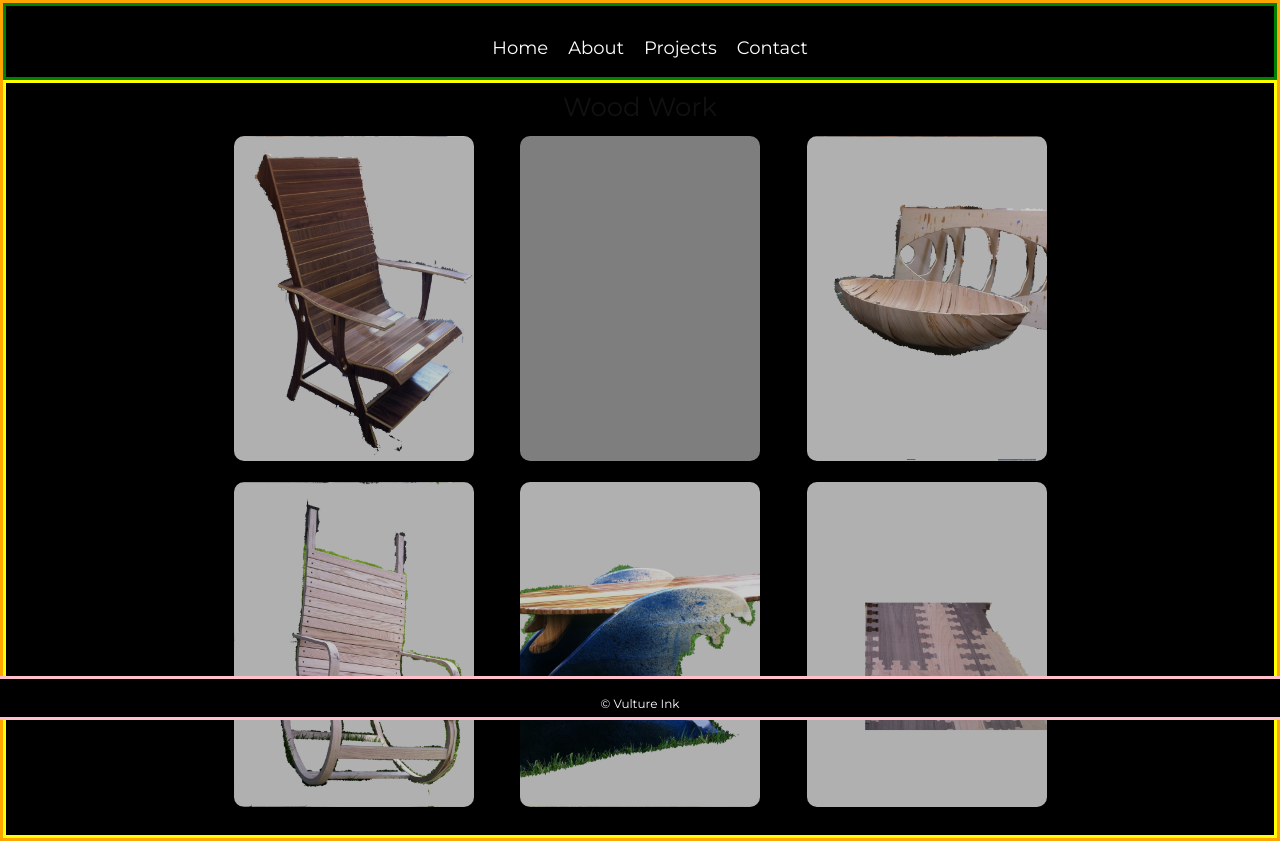
Repository: kaitlynMidori/anon_ink
Page: pages/Projects.html
The author's editor kept a copy of each file at every save. The page is drawn from the files as they stood at one save, then again after the next save.
The browser window is 1280 px wide. The pictures show the whole page.
Pictures or frames that could not be fetched are drawn as grey boxes. Some web libraries are served in a nearby version.

Above is the page before, as saved 2021-09-08 18:03:43.

### pages/Projects.html
<!DOCTYPE html>
<html lang= "en">
  <head>
    <meta charset="utf-8">
    <meta name="viewport" content="width=device-width, initial-scale=1.0">
    <title>Projects</title>
    <link href="https://cdnjs.cloudflare.com/ajax/libs/normalize/8.0.1/normalize.min.css" rel="stylesheet" type="text/css" />
    <link href="https://fonts.googleapis.com/css2?family=Montserrat&display=swap" rel="stylesheet">
    <link rel="preconnect" href="https://fonts.gstatic.com">
    <link href="https://fonts.googleapis.com/css2?family=Didact+Gothic&display=swap" rel="stylesheet">
    <link href="../style.css" rel="stylesheet" type="text/css" />
  </head>

<body>
  <header>
    <!-- <div class="logo">ANONYMOUS INK</div> -->
    <nav>
      <ul id="menu">
        <li><a href="/index.html">Home</a></li>
        <li><a href="/Pages/About.html">About</a></li>
        <li><a href="/Pages/Projects.html">Projects</a></li>
        <!-- <li><a href="/Pages/Resume.html">Resume</a></li> -->
        <li><a href="/Pages/Contact.html">Contact</a></li>
      </ul>
    </nav>
  </header>

  <main>
        <!-- Projetcs -->
  <section>
    <h2>Wood Work</h2>
      <div class="card-container">
        <div class="row-one">
          <div class="card">
            <div class="card-inner">
            <div class="card-one-front">
            <a href="/pages/walnutVaneerChair.html" class="card-font" id="card1"><h1>Walnut Vaneer Chair</h1><p>Click for project info, process docs, etc..</p></a>
          </div>
        </div>
      </div>
      <div class="card">
        <div class="card-inner">
          <div class="card-two-front">
            <a href="https://github.com/kaitlynMidori/nyt-server" id="card2"><h1>Marilyn Frame</h1><p>Click here</p></a>
          </div>
        </div>
      </div>
      <div class="card">
        <div class="card-inner">
          <div class="card-three-front">
            <a href="https://makeup-api.vercel.app/" id="card3"><h1>Canoe</h1><p>Click me</p></a>
          </div>
        </div>
      </div>
      <div class="card">
        <div class="card-inner">
          <div class="card-four-front">
            <a href="https://laptop-customizer-rosy.vercel.app/" id="card4"><h1>Oak Chair</h1><p>Clickey</p></a>
          </div>
        </div>
      </div>
      <div class="card">
        <div class="card-inner">
          <div class="card-five-front">
            <a href="https://github.com/kaitlynMidori/react-jeopardy-app" id="card5"><h1>Surfboard Coffee Table</h1><p>Click</p></a>
          </div>
        </div>
      </div>
      <div class="card">
        <div class="card-inner">
          <div class="card-six-front">
            <a href="https://gardening101.vercel.app/" id="card6"><h1>Chello</h1><p>Click</p></a>
          </div>
        </div>
      </div>


    </div>
    <footer><p>© Vulture Ink</p></footer>
    </div>
  </section>
  </main>
<script
        src="https://code.jquery.com/jquery-3.2.1.min.js"
        integrity="sha256-hwg4gsxgFZhOsEEamdOYGBf13FyQuiTwlAQgxVSNgt4="
        crossorigin="anonymous"></script>
        <!-- <script>
          $(".card").on("touchstart", function() {
            $(this).toggleClass("hover");
          });
        </script> -->
</body>
</html>

### style.css

/***************** General ******************/
body {
    border: solid orange;
    height: 100%;
    background-color: black;
    color: white;
    margin: none;
    font-family: 'Montserrat', sans-serif;
    padding-top: 0;
  }

  /************** navigation ***************/
  header nav {
    display: flex;
    flex-direction: row;
    justify-content: center;
    margin-top: 14px;
  }

  header nav ul {
    display: flex;
    flex-direction: row;
    padding-bottom: 0;
  }

  header nav ul li {
    list-style-type: none;
  }

  header ul li a {
    color: white;
    text-decoration: none;
    padding: 0 20px 0 0;
    font-family: 'Montserrat', sans-serif;
  }

  /************* Primary Groups ****************/
  header {
    font-size: 18px;
    background-color: black;
    margin: 0;
    border: solid green;
  }

  main {
    margin: auto;
    justify-content: center;
    justify-items: center;
    text-align: center;
    border: solid yellow;
    padding-top: 10px;
    padding-bottom: 10px;
  }

  footer {
    position: fixed;
    background-color: black;
    bottom: 0;
    width: 100%;
    border: solid pink;
  }

  /****************** Typography ******************/
  h1 {
    font-size: 28px;
    font-family: 'Montserrat', sans-serif;
    color: white;
    font-weight: 400;
  }

  h2 {
    font-size: 26px;
    color: rgb(17, 17, 17);
    font-family: 'Montserrat', sans-serif;
    text-align: center;
    font-weight: 400;
    margin: 0 10px;
  }

  h3 {
    font-size: 15px;
    font-family: 'Montserrat', sans-serif;
    font-weight: 430;
  }

  p {
    font-family: 'Montserrat', sans-serif;
    font-size: 18px;
    line-height: 1.3em;
    margin-bottom: 0;
  }

  main a {
    font-weight: 700;
    text-decoration: none;
  }

  main a:visited{
    color: blue;
  }
  /* main main a:hover{color: greenyellow;} */
  /* a:active{color:  rgb(143, 156, 33);} */

  footer p {
    font-size: 12px;
    color: white;
    text-align: center;
    padding: 5px;
  }

  footer h2 {
    color: black;
  }
/*
  img.image-enhanced {
    max-width: 350px;
    border-radius: 8px;
  }

  .item-double {
    color: rgb(17, 17, 17);
    flex: 2;
  }
   */
  /* Desktop groups/items */
  /* @media all and (min-width: 600px){
    section {
      padding: 0%;
    }
    .group {
      display: flex;
      flex-direction: row;
      flex-wrap: wrap;
    }
  } */

  /* ***********  home ************** */

  .home-video {
    position: fixed;
    right: 0px;
    bottom: 0px;
    min-width: 100%;
    min-height: 100%;
    width: auto;
    height: auto;
    z-index: -1;
  }

  /* ************ about *************** */

  .about-container {
    overflow: scroll;
    align-items: center;
    justify-content: center;
    flex-direction: column-reverse;
    margin: auto;
    padding: 15px;
    display: flex;
    text-align: center;
    flex-wrap: wrap;
  }

  .about-item {
    text-align: left;
    display: flex;
    flex-wrap: wrap;
    margin: auto;
  }

  /**************** projects ****************/
  .card-container {
    max-width: 900px;
    min-width: 370px;
    margin: auto;
    display: flex;
    flex-direction: row;
    flex-wrap: wrap;
    justify-content: space-evenly;
    text-align: center;
    padding-top: 10px;
  }

  .row-one {
    justify-content: space-evenly;
    display: flex;
    flex-wrap: wrap;
  }

  .card p {
    font-size: 14px;
    padding-left: 4px;
    padding-right: 4px;
  }

  .card #card1 {
    padding-top: 5px;
    background-repeat: no-repeat;
    background-size:cover;
    background-position: top;
    display: block;
    margin: 0 auto;
    text-indent: -9999px;
    width: 15rem;
    height: 20rem;
    border: transparent;
  }

  .card #card1:hover {
    font-size: 30px;
    color: black;
    display: block;
    margin: 0 auto;
    text-indent: 0;
    justify-content: center;
    background-color: rgb(238, 228, 211, .8);
    background-blend-mode: hue;
  }

  .card #card2 {
    padding-top: 5px;
    background-repeat: no-repeat;
    background-size:cover;
    background-position: top;
    display: block;
    margin: 0 auto;
    text-indent: -9999px;
    width: 15rem;
    height: 20rem;
    border: transparent;
  }

  .card #card2:hover {
    font-size: 30px;
    color: black;
    display: block;
    margin: 0 auto;
    text-indent: 0;
    justify-content: center;
    background-color: rgb(238, 228, 211, .8);
    background-blend-mode: hue;
  }

  .card #card3 {
    padding-top: 5px;
    background-repeat: no-repeat;
    background-size:cover;
    background-position: top;
    display: block;
    margin: 0 auto;
    text-indent: -9999px;
    width: 15rem;
    height: 20rem;
    border: transparent;
  }

  .card #card3:hover {
    font-size: 30px;
    color: black;
    display: block;
    margin: 0 auto;
    text-indent: 0;
    justify-content: center;
    background-color: rgb(238, 228, 211, .8);
    background-blend-mode: hue;
  }

  .card #card4 {
    padding-top: 5px;
    background-repeat: no-repeat;
    background-size:cover;
    background-position: top;
    display: block;
    margin: 0 auto;
    text-indent: -9999px;
    width: 15rem;
    height: 20rem;
    border: transparent;
  }

  .card #card4:hover {
    font-size: 30px;
    color: black;
    display: block;
    margin: 0 auto;
    text-indent: 0;
    justify-content: center;
    background-color: rgb(238, 228, 211, .8);
    background-blend-mode: hue;
  }

  .card #card5 {
    padding-top: 5px;
    background-repeat: no-repeat;
    background-size:cover;
    background-position: top;
    display: block;
    margin: 0 auto;
    text-indent: -9999px;
    width: 15rem;
    height: 20rem;
    border: transparent;
  }

  .card #card5:hover {
    font-size: 30px;
    color: black;
    display: block;
    margin: 0 auto;
    text-indent: 0;
    justify-content: center;
    background-color: rgb(238, 228, 211, .8);
    background-blend-mode: hue;
  }

  .card #card6 {
    padding-top: 5px;
    background-repeat: no-repeat;
    background-size:cover;
    background-position: top;
    display: block;
    margin: 0 auto;
    text-indent: -9999px;
    width: 15rem;
    height: 20rem;
    border: transparent;
  }

  .card #card6:hover {
    font-size: 30px;
    color: black;
    display: block;
    margin: 0 auto;
    text-indent: 0;
    justify-content: center;
    background-color: rgb(238, 228, 211, .8);
    background-blend-mode: hue;
  }

  /* The flip card container - set the width and height to whatever you want. We have added the border property to demonstrate that the flip itself goes out of the box on hover (remove perspective if you don't want the 3D effect */
  .card {
    backface-visibility: hidden;
    -webkit-backface-visibility: hidden;
    border: solid;
    border-color: transparent;
    background-color: transparent;
    width: 15rem;
    height: 20rem;
    margin-bottom: 20px;
    -webkit-perspective: 1000px;
    perspective: 1000px; /* Remove this if you don't want the 3D effect */
  }

  /* This container is needed to position the front and back side */
  .card-inner {
    position: relative;
    width: 100%;
    height: 100%;
    text-align: center;
    transition: transform 0.8s;
    -webkit-transition: -webkit-transform 0.8s;
    transform-style: preserve-3d;
    -webkit-transform-style: preserve-3d;
   transition-property: -webkit-transform;
   -webkit-transition-property: -webkit-transform;
   transition-duration: 1.5s;
   -webkit-transition-duration: 1.5s;
    backface-visibility: hidden;
    -webkit-backface-visibility: hidden;
  }

  /* Position the front and back side */
  .card-one-front {
    position: absolute;
    border-radius: 10px;
    margin-bottom: 20px;
    background-color: #ddd;
    background-image: url(./images/WalnutVaneerChair.png);
    opacity: .8;
    background-repeat: no-repeat;
    background-size:cover;
    background-position: top;
  }

  .card-two-front {
    position: absolute;
    -webkit-backface-visibility: hidden;
    backface-visibility: hidden;
    border-radius: 10px;
    margin-bottom: 20px;
    background-image: url(./images/MarilynFramed.png);
    opacity: .8;
    background-repeat: no-repeat;
    background-color: #ddd;
    background-size:cover;
    background-position: top;
    }

  .card-three-front {
    position: absolute;
    -webkit-backface-visibility: hidden;
    backface-visibility: hidden;
    border-radius: 10px;
    margin-bottom: 20px;
    background-image: url(./images/FvfXn.png);
    opacity: .8;
    background-repeat: no-repeat;
    background-color: #ddd;
    background-size:cover;
    background-position: top;
  }

  .card-four-front {
    position: absolute;
    -webkit-backface-visibility: hidden;
    backface-visibility: hidden;
    border-radius: 10px;
    margin-bottom: 20px;
    background-image: url(./images/Oakchair_angle.png);
    opacity: .8;
    background-repeat: no-repeat;
    background-color: #ddd;
    background-size:cover;
    background-position: left;
  }

  .card-five-front {
    position: absolute;
    -webkit-backface-visibility: hidden;
    backface-visibility: hidden;
    border-radius: 10px;
    margin-bottom: 20px;
    background-image: url(./images/SurfboardCoffetable.png);
    opacity: .8;
    background-repeat: no-repeat;
    background-color: #ddd;
    background-size:cover;
    background-position: top;
  }

  .card-six-front {
    position: absolute;
    -webkit-backface-visibility: hidden;
    backface-visibility: hidden;
    border-radius: 10px;
    margin-bottom: 20px;
    background-image: url(./images/CELLO_BELYTRIAL_PUZZLEJOINTS.png);
    opacity: .8;
    background-repeat: no-repeat;
    background-color: #ddd;
    background-size:cover;
    background-position: top;
  }

  /* ***************** Contact ****************** */
  .contact-container {
    display: inline-flex;
    flex-direction: row;
    flex-wrap: wrap;
    height: 100%;
    width: 100%;
    padding: 5px;
    margin: auto;
    align-items: center;
    align-content: center;
  }

  .contact-form {
    display: flex;
    max-width: 50%;
    height: 80%;
    margin: auto;
    border: solid;
    border-color: transparent;
  }

  .location {
    width: 100%;
    margin-top: 20px;
    margin-bottom: 20px;
  }
  /****** Contact Form Design ******/
  form input, form textarea {
    width: 100%;
    margin-bottom: 20px;
    margin: auto;
  }

  form textarea {
    height: 250px;
  }

  input[type=text], select, textarea {
    width: 100%;
    padding: 12px;
    border: 1px solid #ccc;
    border-radius: 4px;
    box-sizing: border-box;
    margin-top: 6px;
    margin-bottom: 16px;
    resize: vertical;
  }

  input[type=submit] {
    background-color: #04AA6D;
    color: white;
    padding: 12px 20px;
    border: none;
    border-radius: 4px;
    cursor: pointer;
  }

  input[type=submit]:hover {
    background-color: #45a049;
  }

After the next save:
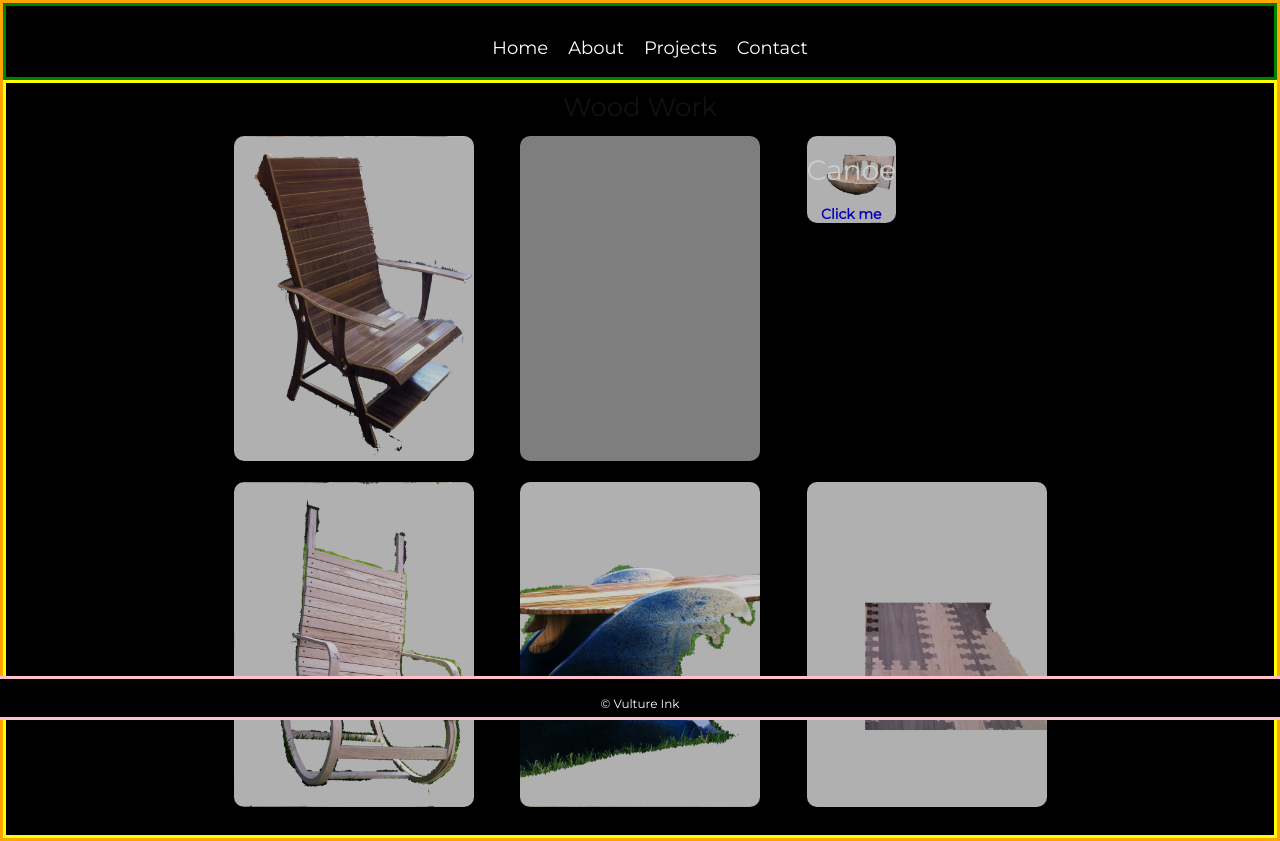
Saved 49 s later.
--- a/pages/Projects.html
+++ b/pages/Projects.html
@@ -41,21 +41,21 @@
       <div class="card">
         <div class="card-inner">
           <div class="card-two-front">
-            <a href="https://github.com/kaitlynMidori/nyt-server" id="card2"><h1>Marilyn Frame</h1><p>Click here</p></a>
+            <a href="/pages/marilynFrame.html" id="card2"><h1>Marilyn Frame</h1><p>Click here</p></a>
           </div>
         </div>
       </div>
       <div class="card">
         <div class="card-inner">
           <div class="card-three-front">
-            <a href="https://makeup-api.vercel.app/" id="card3"><h1>Canoe</h1><p>Click me</p></a>
+            <a href="/pages/canoe.html id="card3"><h1>Canoe</h1><p>Click me</p></a>
           </div>
         </div>
       </div>
       <div class="card">
         <div class="card-inner">
           <div class="card-four-front">
-            <a href="https://laptop-customizer-rosy.vercel.app/" id="card4"><h1>Oak Chair</h1><p>Clickey</p></a>
+            <a href="/pages/oakChair.html" id="card4"><h1>Oak Chair</h1><p>Clickey</p></a>
           </div>
         </div>
       </div>
